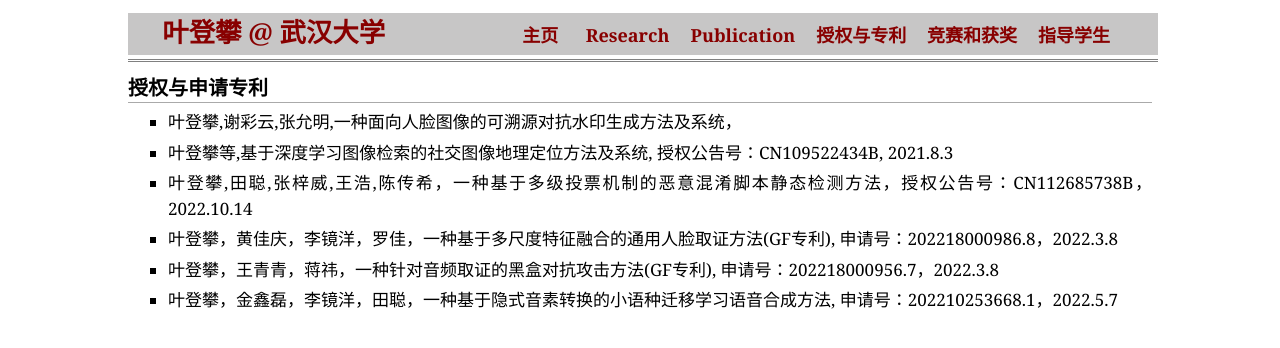
Repository: yedengpan/yedengpan.github.io
Page: patent.html
These files come from the project's save history. The page is drawn as it stood at one moment and after a run of saves; the edit follows.
The browser window is 1280 px wide. The pictures show the whole page.

Above is the page before, as saved 2024-01-18 21:01:58.
Console error: SyntaxError: Unexpected token '%'

### patent.html
<!DOCTYPE html PUBLIC "-//W3C//DTD XHTML 1.1//EN" "http://www.w3.org/TR/xhtml11/DTD/xhtml11.dtd">
<html xmlns="http://www.w3.org/1999/xhtml" xml:lang="en">
<head>
    <meta http-equiv="Content-Type" content="text/html; charset=UTF-8">
    <meta name="generator" content="jemdoc, see http://jemdoc.jaboc.net/">

    <link rel="stylesheet" href="./source_files/jemdoc.css" type="text/css">
    <title>授权与专利</title>
    <script type="text/javascript" src="./source_files/jquery-1.12.4.min.js"></script>
    <script src="./source_files/main.js"></script>

</head>
<body>
    <div id="layout-content">

        <div id="toptitle">
            <h1 width=100% id="home">
                &nbsp;&nbsp;&nbsp;&nbsp;
                <font color="#880000">叶登攀 @ 武汉大学</font>
                &nbsp;&nbsp;&nbsp;&nbsp;&nbsp;&nbsp;&nbsp;&nbsp;&nbsp;&nbsp;&nbsp;&nbsp;&nbsp;&nbsp;&nbsp;&nbsp;&nbsp;&nbsp;
                <a href="./index.html"><font color="#880000" size="4.0px">主页</font></a>
                &nbsp;&nbsp;
                <a href="./research.html"><font color="#880000" size="4.0px">Research &nbsp;&nbsp;</font></a>
                <a href="./publication.html"><font color="#880000" size="4.0px">Publication &nbsp;&nbsp;</font></a>
                <a href="./patent.html"><font color="#880000" size="4.0px">授权与专利 &nbsp;&nbsp;</font></a>
                <a href="./awards.html"><font color="#880000" size="4.0px">竞赛和获奖 &nbsp;&nbsp;</font></a>
                <a href="./student.html"><font color="#880000" size="4.0px">指导学生 &nbsp;&nbsp;</font></a>                &nbsp;&nbsp;&nbsp;&nbsp;
            </h1>
        </div>

        <br> <br>

        <h2>授权与申请专利</h2>
        <body>
            <ul>
                <li>
                    <p style="text-align: justify;">
                        叶登攀,谢彩云,张允明,一种面向人脸图像的可溯源对抗水印生成方法及系统，
                    </p>

                </li>
                <li>
                    <p style="text-align:justify;">
                        叶登攀等,基于深度学习图像检索的社交图像地理定位方法及系统, 授权公告号：CN109522434B, 2021.8.3
                    </p>
                </li>
                <li>
                    <p style="text-align:justify;">
                        叶登攀,田聪,张梓威,王浩,陈传希，一种基于多级投票机制的恶意混淆脚本静态检测方法，授权公告号：CN112685738B，2022.10.14
                    </p>
                </li>
                <li>
                    <p style="text-align:justify;">
                        叶登攀，黄佳庆，李镜洋，罗佳，一种基于多尺度特征融合的通用人脸取证方法(GF专利), 申请号：202218000986.8，2022.3.8
                    </p>
                </li>
                <li>
                    <p style="text-align:justify;">
                        叶登攀，王青青，蒋祎，一种针对音频取证的黑盒对抗攻击方法(GF专利), 申请号：202218000956.7，2022.3.8
                    </p>
                </li>
                <li>
                    <p style="text-align:justify;">
                        叶登攀，金鑫磊，李镜洋，田聪，一种基于隐式音素转换的小语种迁移学习语音合成方法, 申请号：202210253668.1，2022.5.7
                    </p>
                </li>
                <!--<li>
                    <p style="text-align:justify;">
                        叶登攀,王蕊，基于多尺度特征融合的通用图像篡改取证方法及系统，授权公告号：CN116721320A，2023.09.08
                    </p>
                </li>
                <li>
                    <p style="text-align:justify;">
                        叶登攀，金鑫磊，李镜洋，田聪，一种基于隐式音素转换的小语种迁移学习语音合成方法,申请号：202210253668.1，2022.5.7
                    </p>
                </li>
                <li>
                    <p style="text-align:justify;">
                        叶登攀等，一种基于脉搏信号的AI深度换脸视频取证方法, 申请号：201811352507.8, 2018.
                    </p>
                </li>
                <li>
                    <p style="text-align:justify;">
                        叶登攀等, 一种安全媒体指纹生成和鉴定的方法, 授权号：ZL201410208099.4, 2016.
                    </p>
                </li>
                <li>
                    <p style="text-align:justify;">
                        叶登攀，张倬胜，卢玥锟，张浩天，吴荀，一种群智感知大数据公共安全识别方法及系统，授权号：ZL201510500666.8（2017）
                    </p>
                </li>
                <li>
                    <p style="text-align:justify;">
                        叶登攀，欧阳坤，朱吉祥，马方方，一种移动平台上基于情景感知的访问控制系统及方法，授权号：ZL201510679226.3（2018）
                    </p>
                </li>
                <li>
                    <p style="text-align:justify;">
                        叶登攀，张倬胜，卢玥锟，张浩天，吴荀，一种基于群智感知的多模态数据融合方法，申请公布号：CN105005558A（2015）
                    </p>
                </li>
                <li>
                    <p style="text-align:justify;">
                        叶登攀，廉士国，王丽娜，多媒体数据盗版追踪方法，授权号：ZL101645116B（2011）
                    </p>
                </li>
                <li>
                    <p style="text-align:justify;">
                        叶登攀，廉士国，王丽娜，一种媒体发布网络中的发布内容控制方法，授权号：Zl101645117B（2011）
                    </p>
                </li>
                <li>
                    <p style="text-align:justify;">
                        叶登攀，廉士国，王丽娜，视频光盘安全分发方法，授权号：Zl101645289B（2011）
                    </p>
                </li>-->

            </ul>
        </body>
</html>

### source_files/jemdoc.css
/* Default css file for jemdoc. */

table#tlayout {
    border: none;
    border-collapse: separate;
    background: white;
}

/*body.my-body {
	background: white;*/
	/*	font-family: Georgia, serif;*/
	/*font-family: "Times New Roman", Sans-serif, Serif, Arial, Helvetica, sans-serif;
	padding-bottom: 8px;
	margin: 0;
	text-align: center;
}*/

body {
	background: white;
	font-family: Georgia, serif;
	padding-bottom: 8px;
	margin: 0;
	text-align: center;
}

/*
:lang(en) {
	font-family: "Arial", sans-serif;
}

:not(:lang(en)) {
	font-family: inherit;
}
*/

#layout-menu {
	background: #f6f6f6;
	border: 1px solid #dddddd;
	padding-top: 0.5em;
	padding-left: 8px;
	padding-right: 8px;
	font-size: 1.0em;
	width: auto;
	white-space: nowrap;
    text-align: left;
    vertical-align: top;
}

#layout-menu td {
	background: #f4f4f4;
    vertical-align: top;
}

#layout-content {
	padding-top: 0.0em;
	padding-left: 1.0em;
	padding-right: 1.0em;
    border: none;
    background: white;
    text-align: left;
    vertical-align: top;
    /* width:950px; */
    width:1024px;
	/* width:1024px; */
    margin: auto;
}

#layout-menu a {
	line-height: 1.5em;
	margin-left: 0.5em;
}

tt {
    background: #ffffdd;
}

pre, tt {
	font-size: 90%;
	font-family: monaco, monospace;
}

a, a > tt {
	/*color: #0000FF;*/
  color: #0055AA;
	text-decoration: none;
}

a:hover {
	border-bottom: 1px gray dotted;
}

#layout-menu a.current:link, #layout-menu a.current:visited {
	color: #022b6d;
	border-bottom: 1px gray solid;
}
#layout-menu a:link, #layout-menu a:visited, #layout-menu a:hover {
	color: #527bbd;
	text-decoration: none;
}
#layout-menu a:hover {
	text-decoration: none;
}

div.menu-category {
	border-bottom: 1px solid gray;
	margin-top: 0.8em;
	padding-top: 0.2em;
	padding-bottom: 0.1em;
	font-weight: bold;
}

div.menu-item {
	padding-left: 16px;
	text-indent: -16px;
}

div#toptitle {
	padding-bottom: 0.2em;
	margin-bottom: 1.5em;
	border-bottom: 3px double gray;
  position:fixed;

}

/* Reduce space if we begin the page with a title. */
div#toptitle + h2, div#toptitle + h3 {
	margin-top: -0.7em;
}

div#subtitle {
	margin-top: 0.0em;
	margin-bottom: 0.0em;
	padding-top: 0em;
	padding-bottom: 0.1em;
}

em {
	font-style: italic;
}

strong {
	font-weight: bold;
}


h1, h2, h3 {
	color: #000000;
	margin-top: 0.9em;
	margin-bottom: 0.3em;
	padding-bottom: 0.2em;
	line-height: 1.0;
	padding-top: 0.5em;
	border-bottom: 1px solid #aaaaaa;
}

h1 {
	font-size: 165%;
  /*background: #003366;*/
  background: #C7C6C6;
  line-height: 1.5;
}

h2 {
	padding-top: 0.8em;
	font-size: 125%;
}

h2 + h3 {
    padding-top: 0.2em;
}

h3 {
	font-size: 110%;
	border-bottom: none;
}

p {
	margin-top: 0.0em;
	margin-bottom: 0.8em;
	padding: 0;
	line-height: 1.5;
  	/*size of font in body*/
  	font-size: 17px;
}

pre {
	padding: 0;
	margin: 0;
}

div#footer {
	font-size: small;
	border-top: 1px solid #c0c0c0;
	padding-top: 0.1em;
	margin-top: 4.0em;
	color: #c0c0c0;
}

div#footer a {
	color: #80a0b0;
}

div#footer-text {
	float: left;
	padding-bottom: 8px;
}

ul, ol, dl {
	margin-top: 0.2em;
	padding-top: 0;
	margin-bottom: 0.8em;
}

dt {
	margin-top: 0.5em;
	margin-bottom: 0;
}

dl {
	margin-left: 20px;
}

dd {
	color: #222222;
}

dd > *:first-child {
	margin-top: 0;
}

ul {
	list-style-position: outside;
	list-style-type: square;
}

p + ul, p + ol {
	margin-top: -0.5em;
}

li ul, li ol {
	margin-top: -0.3em;
}

ol {
	list-style-position: outside;
	list-style-type: decimal;
}

li p, dd p {
	margin-bottom: 0.3em;
}


ol ol {
	list-style-type: lower-alpha;
}

ol ol ol {
	list-style-type: lower-roman;
}

p + div.codeblock {
	margin-top: -0.6em;
}

div.codeblock, div.infoblock {
	margin-right: 0%;
	margin-top: 1.2em;
	margin-bottom: 1.3em;
}

div.blocktitle {
	font-weight: bold;
	color: #cd7b62;
	margin-top: 1.2em;
	margin-bottom: 0.1em;
}

div.blockcontent {
	border: 1px solid silver;
	padding: 0.3em 0.5em;
}

div.infoblock > div.blockcontent {
	background: #ffffee;
}

div.blockcontent p + ul, div.blockcontent p + ol {
	margin-top: 0.4em;
}

div.infoblock p {
	margin-bottom: 0em;
}

div.infoblock li p, div.infoblock dd p {
	margin-bottom: 0.5em;
}

div.infoblock p + p {
	margin-top: 0.8em;
}

div.codeblock > div.blockcontent {
	background: #f6f6f6;
}

span.pycommand {
	color: #000070;
}

span.statement {
	color: #008800;
}
span.builtin {
	color: #000088;
}
span.special {
	color: #990000;
}
span.operator {
	color: #880000;
}
span.error {
	color: #aa0000;
}
span.comment, span.comment > *, span.string, span.string > * {
	color: #606060;
}

@media print {
	#layout-menu { display: none; }
}

#fwtitle {
	margin: 2px;
}

#fwtitle #toptitle {
	padding-left: 0.5em;
	margin-bottom: 0.5em;
}

#layout-content h1:first-child, #layout-content h2:first-child, #layout-content h3:first-child {
	margin-top: -0.7em;
}

div#toptitle h1, #layout-content div#toptitle h1 {
	margin-bottom: 0.0em;
	padding-bottom: 0.1em;
	padding-top: 0;
	margin-top: 0.5em;
	border-bottom: none;
}

img.eq {
	padding: 0;
	padding-left: 0.1em;
	padding-right: 0.1em;
	margin: 0;
}

img.eqwl {
	padding-left: 2em;
	padding-top: 0.6em;
	padding-bottom: 0.2em;
	margin: 0;
}

table {
    border: 2px solid black;
    border-collapse: collapse;
}

td {
    padding: 2px;
    padding-left: 0.5em;
    padding-right: 0.5em;
    text-align: center;
    border: 1px solid gray;
}

table + table {
    margin-top: 1em;
}

tr.heading {
    font-weight: bold;
    border-bottom: 2px solid black;
}

img {
    border: none;
}

table.imgtable, table.imgtable td {
    border: none;
    text-align: left;
    padding-top: 4em;
}

### static/js/main.js
---
---
$(function() {
  deadlineByConf = {};

  {% for conf in site.data.conferences %}
  {% assign conf_id = conf.name | append: conf.year | slugify %}
  {% if conf.deadline == "TBA" %}
  $('#{{ conf_id }} .timer').html("TBA");
  $('#{{ conf_id }} .deadline-time').html("TBA");
  deadlineByConf["{{ conf_id }}"] = null;

  {% else %}
  var rawDeadlines = {{ conf.deadline | jsonify }} || [];
  if (rawDeadlines.constructor !== Array) {
    rawDeadlines = [rawDeadlines];
  }
  var parsedDeadlines = [];
  while (rawDeadlines.length > 0) {
    var rawDeadline = rawDeadlines.pop();
    // check if date is template
    if (rawDeadline.indexOf('%m') >= 0) {
      for (var m = 1; m <= 12; m++) {
        rawDeadlines.push(rawDeadline.replace('%m', m < 10 ? '0' + m : m));
      }
    } else if (rawDeadline.indexOf('%y') >= 0) {
      year = parseInt(moment().year());
      rawDeadlines.push(rawDeadline.replace('%y', year));
      rawDeadlines.push(rawDeadline.replace('%y', year + 1));

    } else {
      // adjust date according to deadline timezone
      {% if conf.timezone %}
      var deadline = moment.tz(rawDeadline, "{{ conf.timezone }}");
      {% else %}
      var deadline = moment.tz(rawDeadline, "Etc/GMT+12"); // Anywhere on Earth
      {% endif %}

      // post-process date
      if (deadline.minutes() === 0) {
        deadline.subtract(1, 'seconds');
      }
      if (deadline.minutes() === 59) {
        deadline.seconds(59);
      }
      parsedDeadlines.push(deadline);
    }
  }

  // check which deadline is closest
  var confDeadline = parsedDeadlines[0];
  var today = moment();
  for (var i = 1; i < parsedDeadlines.length; i++) {
    deadlineCandidate = parsedDeadlines[i];
    if ((today.diff(deadlineCandidate) < 0 && today.diff(deadlineCandidate) > today.diff(confDeadline))) {
      confDeadline = deadlineCandidate;
    }
  }

  // render countdown timer
  if (confDeadline) {
    function make_update_countdown_fn(confDeadline) {
      return function(event) {
        diff = moment() - confDeadline
        if (diff <= 0) {
           $(this).html(event.strftime('%D days %Hh %Mm %Ss'));
        } else {
          $(this).html(confDeadline.fromNow());
        }
      }
    }
    $('#{{ conf_id }} .timer').countdown(confDeadline.toDate(), make_update_countdown_fn(confDeadline));
    // check if date has passed, add 'past' class to it
    if (moment() - confDeadline > 0) {
      $('#{{ conf_id }}').addClass('past');
    }
    $('#{{ conf_id }} .deadline-time').html(confDeadline.local().format('D MMM YYYY, h:mm:ss a'));
    deadlineByConf["{{ conf_id }}"] = confDeadline;
  }
  {% endif %}
  {% endfor %}

  // Reorder list
  confs = $('.conf');
  confs.detach().sort(function(a, b) {
    var today = moment();
    var a = deadlineByConf[a.id];
    var b = deadlineByConf[b.id];
    var diff1 = today.diff(a)
    var diff2 = today.diff(b)
    if (a == null && b == null) {
      return 0;
    }
    if (a == null && diff2 > 0) {
      return -1;
    }
    if (a == null && diff2 < 0) {
      return +1;
    }
    if (b == null && diff1 > 0) {
      return +1;
    }
    if (b == null && diff1 < 0) {
      return -1;
    }
    if (diff1 < 0 && diff2 > 0) {
      return -1;
    }
    if (diff1 > 0 && diff2 < 0) {
      return +1;
    }
    if (diff1 < 0 && diff2 < 0) {
      return -1 ? diff1 < diff2 : +1;
    }
    if (diff1 > 0 && diff2 > 0) {
      return -1 ? a < b : +1;
    }
  });
  $('.conf-container').append(confs);

  // Set checkboxes
  var conf_type_data = {{ site.data.types | jsonify }};
  var all_tags = [];
  var toggle_status = {};
  for (var i = 0; i < conf_type_data.length; i++) {
    all_tags[i] = conf_type_data[i]['tag'];
    toggle_status[all_tags[i]] = false;
  }
  var tags = store.get('{{ site.domain }}');
  if (tags === undefined) {
    tags = all_tags;
  }
  for (var i = 0; i < tags.length; i++) {
    $('#' + tags[i] + '-checkbox').prop('checked', true);
    toggle_status[tags[i]] = true;
  }
  store.set('{{ site.domain }}', tags);

  function update_conf_list() {
    confs.each(function(i, conf) {
      var conf = $(conf);
      var show = false;
      for (var i = 0; i < all_tags.length; i++) {
        if(conf.hasClass(all_tags[i])) {
          show = show | toggle_status[all_tags[i]];
        }
      }
      if (show) {
        conf.show();
      } else {
        conf.hide()
      }
    });
  }
  update_conf_list();

  // Event handler on checkbox change
  $('form :checkbox').change(function(e) {
    var checked = $(this).is(':checked');
    var tag = $(this).prop('id').slice(0, -9);
    toggle_status[tag] = checked;

    if (checked == true) {
      if (tags.indexOf(tag) < 0)
        tags.push(tag);
    }
    else {
      var idx = tags.indexOf(tag);
      if (idx >= 0)
        tags.splice(idx, 1);
    }
    store.set('{{ site.domain }}', tags);
    update_conf_list();
  });
});

Loaded but not shown: source_files/jquery-1.12.4.min.js (library)

After the next 3 saves:
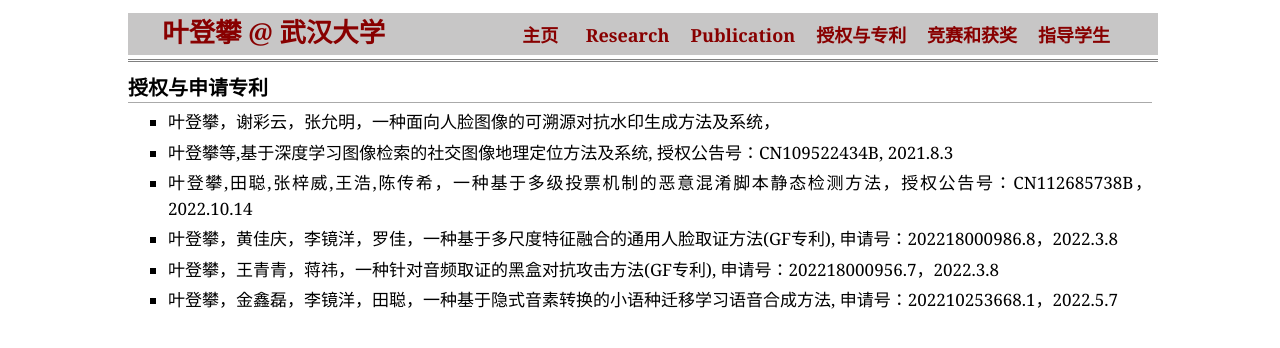
The 3 saves are shown as one change because they came seconds apart.
The last was saved 17 s later.
--- a/patent.html
+++ b/patent.html
@@ -35,7 +35,7 @@
             <ul>
                 <li>
                     <p style="text-align: justify;">
-                        叶登攀,谢彩云,张允明,一种面向人脸图像的可溯源对抗水印生成方法及系统，
+                        叶登攀，谢彩云，张允明，一种面向人脸图像的可溯源对抗水印生成方法及系统，
                     </p>
 
                 </li>
